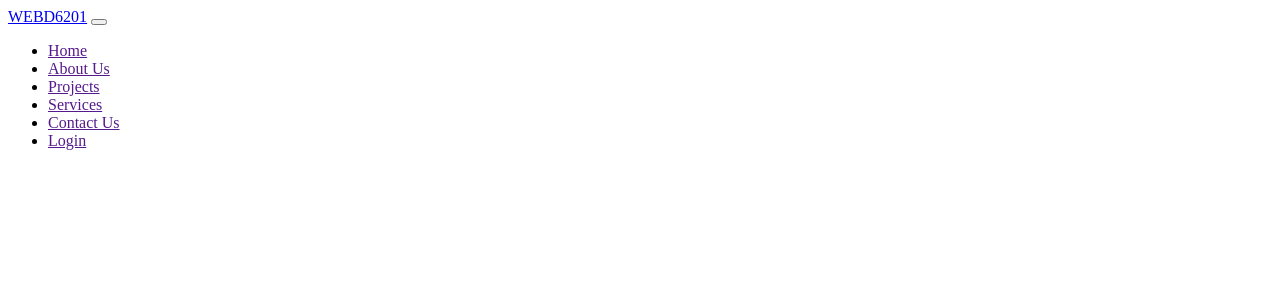
Repository: vans12345678/WEBD6201-W2021-Week7b
Page: views/components/header.html
The author's editor kept a copy of each file at every save. The page is drawn from the files as they stood at one save, then again after the next save.
The browser window is 1280 px wide. The pictures show the whole page.

Above is the page before, as saved 2021-03-03 09:41:12.

### views/components/header.html
<!-- Main Navigation -->
<nav class="navbar navbar-expand-lg navbar-dark bg-dark">
  <div class="container-fluid">
    <a class="navbar-brand" href="index.html">WEBD6201</a>
    <button class="navbar-toggler" type="button" data-bs-toggle="collapse" data-bs-target="#navbarSupportedContent" aria-controls="navbarSupportedContent" aria-expanded="false" aria-label="Toggle navigation">
      <span class="navbar-toggler-icon"></span>
    </button>
    <div class="collapse navbar-collapse" id="navbarSupportedContent">
      <ul class="navbar-nav me-auto mb-2 mb-lg-0">
        <li class="nav-item">
          <a id ="home" class="nav-link" aria-current="page" href=""><i class="fas fa-home fa-lg"></i> Home</a>
        </li>

        <li class="nav-item">
          <a id ="about" class="nav-link" aria-current="page" href=""><i class="fas fa-info fa-lg"></i> About Us</a>
        </li>

        <li class="nav-item">
          <a id ="projects" class="nav-link" aria-current="page" href=""><i class="fas fa-cog fa-lg"></i> Projects</a>
        </li>

        <li class="nav-item">
          <a id ="services" class="nav-link" aria-current="page" href=""><i class="fas fa-map fa-lg"></i> Services</a>
        </li>

        <li class="nav-item">
          <a id ="contact" class="nav-link" aria-current="page" href=""><i class="fas fa-phone fa-lg"></i> Contact Us</a>
        </li>

        <li id="login" class="nav-item">
          <a id ="login" class="nav-link" aria-current="page" href=""><i class="fas fa-sign-in-alt"></i> Login</a>
        </li>
      </ul>
    </div>
  </div>
</nav>

After the next save:
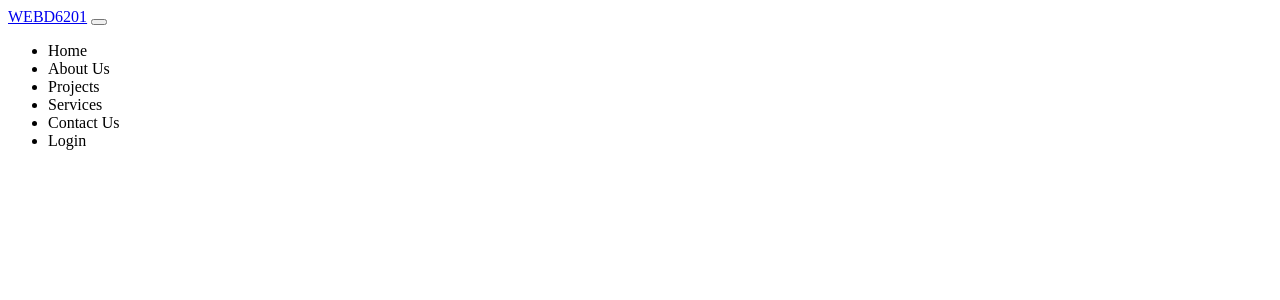
Saved 24 min 57 s later.
--- a/views/components/header.html
+++ b/views/components/header.html
@@ -8,27 +8,27 @@
     <div class="collapse navbar-collapse" id="navbarSupportedContent">
       <ul class="navbar-nav me-auto mb-2 mb-lg-0">
         <li class="nav-item">
-          <a id ="home" class="nav-link" aria-current="page" href=""><i class="fas fa-home fa-lg"></i> Home</a>
+          <a id ="home" class="nav-link" aria-current="page" ><i class="fas fa-home fa-lg"></i> Home</a>
         </li>
 
         <li class="nav-item">
-          <a id ="about" class="nav-link" aria-current="page" href=""><i class="fas fa-info fa-lg"></i> About Us</a>
+          <a id ="about" class="nav-link" aria-current="page" ><i class="fas fa-info fa-lg"></i> About Us</a>
         </li>
 
         <li class="nav-item">
-          <a id ="projects" class="nav-link" aria-current="page" href=""><i class="fas fa-cog fa-lg"></i> Projects</a>
+          <a id ="projects" class="nav-link" aria-current="page" ><i class="fas fa-cog fa-lg"></i> Projects</a>
         </li>
 
         <li class="nav-item">
-          <a id ="services" class="nav-link" aria-current="page" href=""><i class="fas fa-map fa-lg"></i> Services</a>
+          <a id ="services" class="nav-link" aria-current="page"><i class="fas fa-map fa-lg"></i> Services</a>
         </li>
 
         <li class="nav-item">
-          <a id ="contact" class="nav-link" aria-current="page" href=""><i class="fas fa-phone fa-lg"></i> Contact Us</a>
+          <a id ="contact" class="nav-link" aria-current="page"><i class="fas fa-phone fa-lg"></i> Contact Us</a>
         </li>
 
         <li id="login" class="nav-item">
-          <a id ="login" class="nav-link" aria-current="page" href=""><i class="fas fa-sign-in-alt"></i> Login</a>
+          <a id ="login" class="nav-link" aria-current="page"><i class="fas fa-sign-in-alt"></i> Login</a>
         </li>
       </ul>
     </div>
